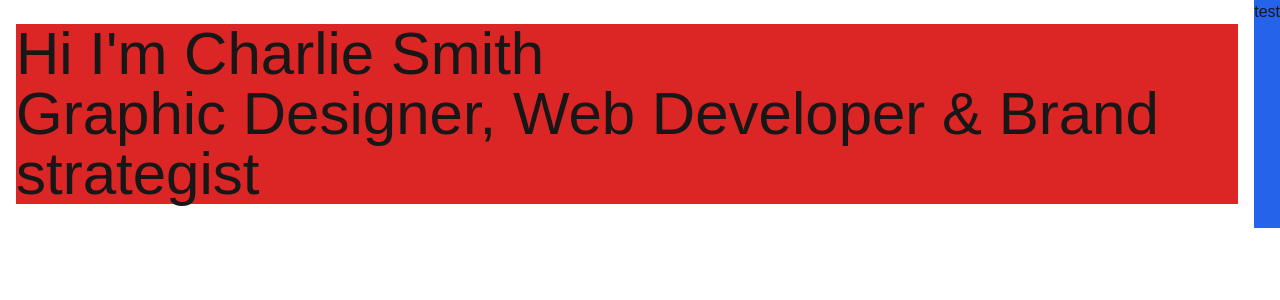
Repository: charlehs/portfolio
Page: /
An editor plug-in stored every save of this project. The page is shown before and after a run of saves, followed by the edit.
The browser window is 1280 px wide. The pictures show the whole page.
The project was rebuilt for these pictures with package versions that can differ from the ones it lists, and the page was loaded fresh each time. The framework's server and built-in components were replaced by stand-ins that run in the browser. Also part of the build but not shown: next.config.ts.

Above is the page before, as saved 2025-01-02 16:45:22.

### app/layout.tsx
import type { Metadata } from "next";
import localFont from "next/font/local";
import Nav from "./components/Nav";
import "./globals.css";

const geistSans = localFont({
  src: "./fonts/GeistVF.woff",
  variable: "--font-geist-sans",
  weight: "100 900",
});
const geistMono = localFont({
  src: "./fonts/GeistMonoVF.woff",
  variable: "--font-geist-mono",
  weight: "100 900",
});

export const metadata: Metadata = {
  title: "Create Next App",
  description: "Generated by create next app",
};

export default function RootLayout({
  children,
}: Readonly<{
  children: React.ReactNode;
}>) {
  return (
    <html lang="en">
      <body
        className={`${geistSans.variable} ${geistMono.variable} antialiased`}
      >
        {/* <Nav /> */}
        {children}
      </body>
    </html>
  );
}

### app/page.tsx
import Image from "next/image";

export default function Home() {
  return (
    <div className="flex ">
      <main className="mx-4 my-6 bg-red-600">
        <p className=" text-6xl">
          Hi I'm Charlie Smith
          <br />{" "}
          <span className="text-6xl">
            Graphic Designer, Web Developer & Brand strategist
          </span>
        </p>
      </main>
      <footer className=" bg-blue-600">test</footer>
    </div>
  );
}

### app/globals.css
@tailwind base;
@tailwind components;
@tailwind utilities;

:root {
  --background: #ffffff;
  --foreground: #171717;
}

@media (prefers-color-scheme: dark) {
  :root {
    --background: #0a0a0a;
    --foreground: #ededed;
  }
}

body {
  color: var(--foreground);
  background: var(--background);
  font-family: Arial, Helvetica, sans-serif;
}

@font-face {
  font-family: "Harmond";
  src: url("/fonts/Harmond-SemiBoldCondensed.otf") format("opentype");
  font-weight: 600; /* Regular */
  font-style: normal;
}

@font-face {
  font-family: "Harmond";
  src: url("/fonts/Harmond-SemBdItaCond.otf") format("opentype");
  font-weight: 600; /* Bold */
  font-style: italic;
}
@font-face {
  font-family: "Harmond";
  src: url("/fonts/Harmond-ExtraBoldExpanded.otf") format("opentype");
  font-weight: 800; /* Bold */
  font-style: normal;
}

.harmond-text {
  font-family: "Harmond", sans-serif;
}

.extra-bold {
  font-family: "Harmond", sans-serif;
  font-weight: 800;
  font-style: normal;
}

Loaded but not shown: tailwind.config.ts (common file)

After the next 2 saves:
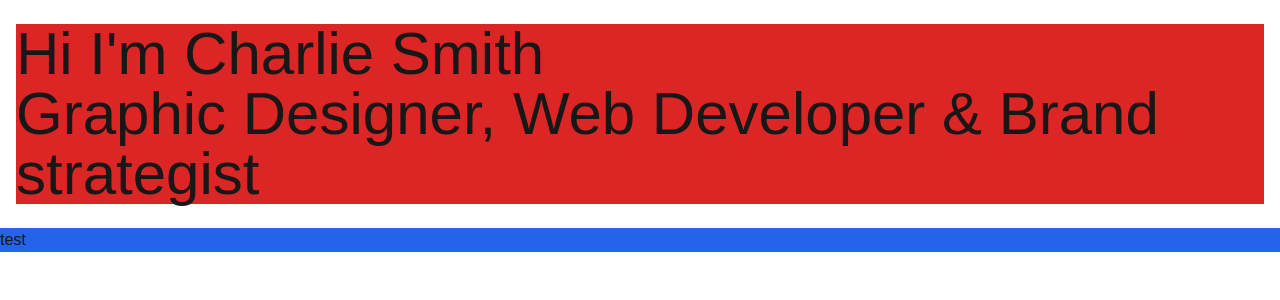
The 2 saves are shown as one change because they came seconds apart.
The last was saved 7 s later.
--- a/app/page.tsx
+++ b/app/page.tsx
@@ -2,7 +2,7 @@ import Image from "next/image";
 
 export default function Home() {
   return (
-    <div className="flex ">
+    <div className="flex flex-col ">
       <main className="mx-4 my-6 bg-red-600">
         <p className=" text-6xl">
           Hi I'm Charlie Smith
